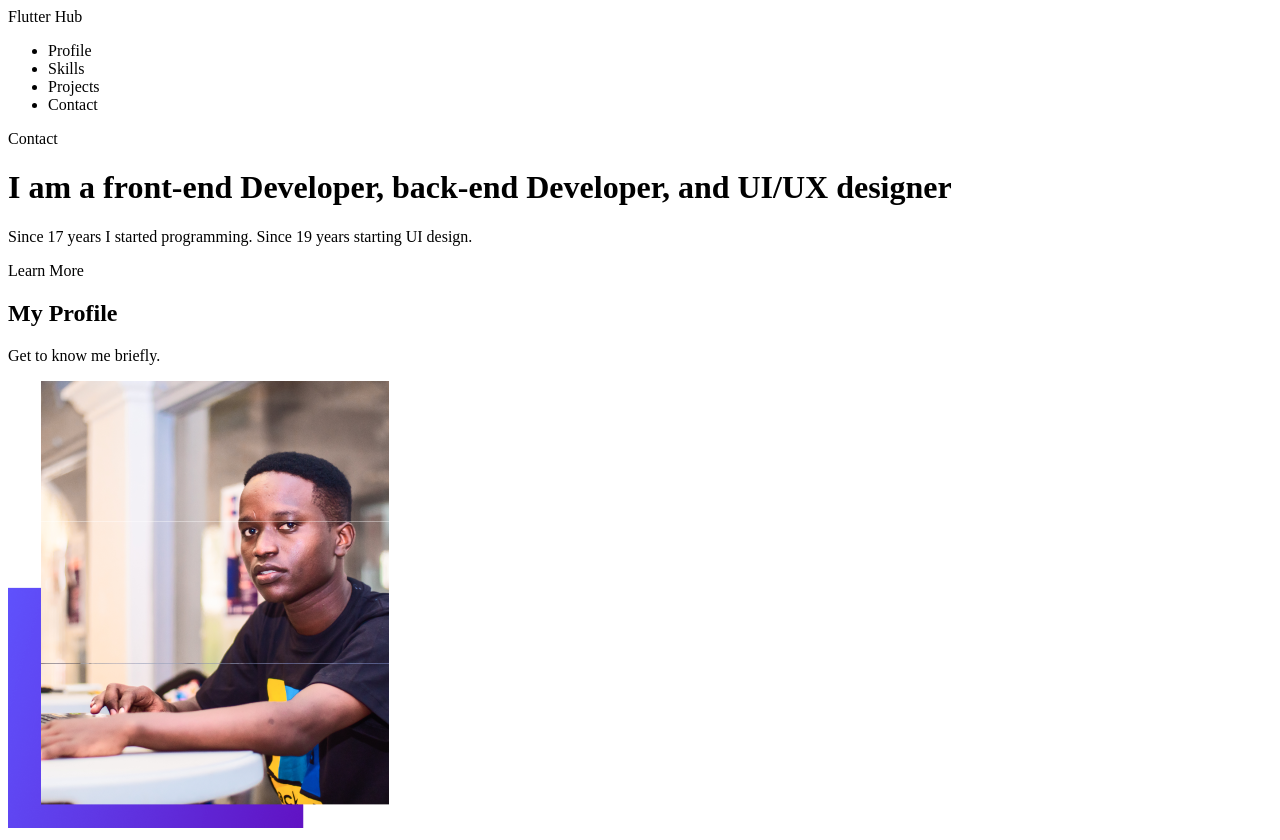
Repository: fhub-1/tutorial
Page: /
An editor plug-in stored every save of this project. The page is shown before and after the next save, followed by the edit.
The browser window is 1280 px wide. The pictures show the whole page.
The project was rebuilt for these pictures with package versions that can differ from the ones it lists, and the page was loaded fresh each time. The framework's server and built-in components were replaced by stand-ins that run in the browser. Also part of the build but not shown: next.config.js.

Above is the page before, as saved 2021-06-22 14:23:32.

After the next save:
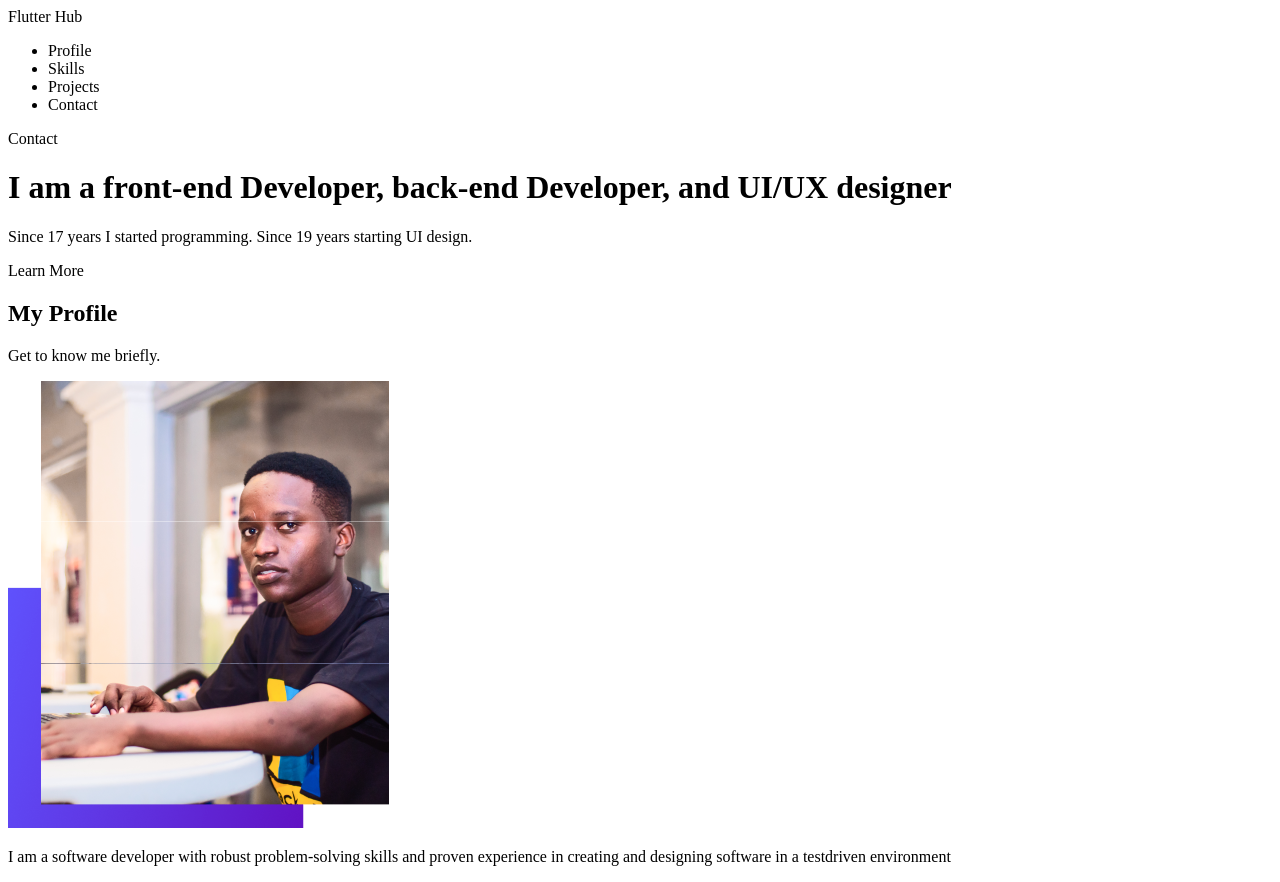
Saved 4 min 16 s later.
--- a/pages/index.js
+++ b/pages/index.js
@@ -46,6 +46,11 @@
             <div className="w-4/12">
               <Image src={Pro} alt="profile image" className="w-full"/>
             </div>
+            <div className="w-8/12">
+              <p>I am a software developer with robust
+problem-solving skills and proven experience
+in creating and designing software in a testdriven environment</p>
+            </div>
           </div>
         </div>
       </section>
